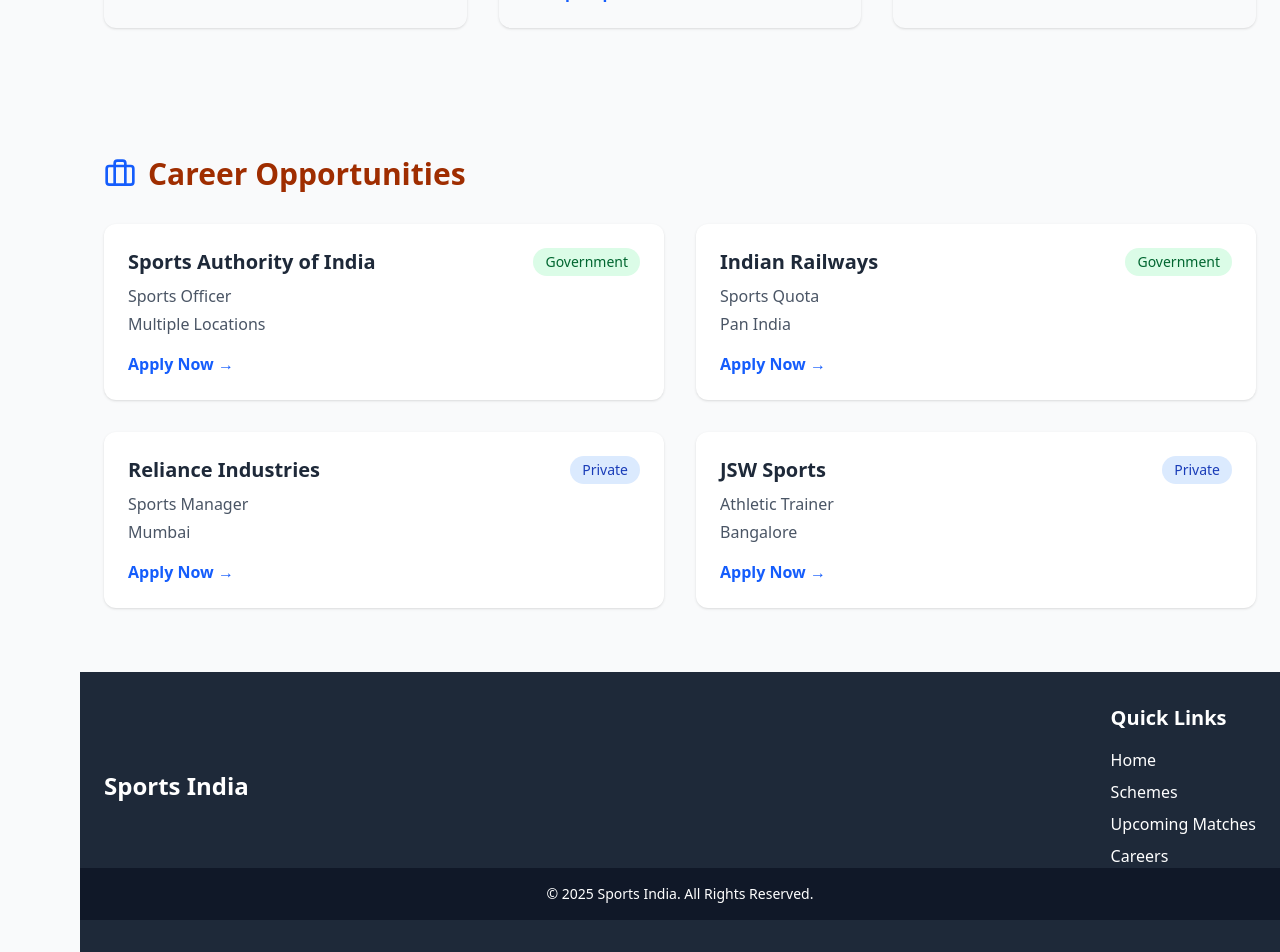
Repository: Shovon0004/Athlete
Page: / (app in Athlete/)
The author's editor kept a copy of each file at every save. The page is drawn from the files as they stood at one save, then again after the next save.
The browser window is 1280 px wide. The pictures show the part of the page from y = 876 to 1828 px (the page is 1828 px tall before and 1696 px after).
The project was rebuilt for these pictures with package versions that can differ from the ones it lists, and the page was loaded fresh each time. Also part of the build but not shown: Athlete/vite.config.js.

Above is the page before, as saved 2025-01-26 11:26:09.

After the next save:
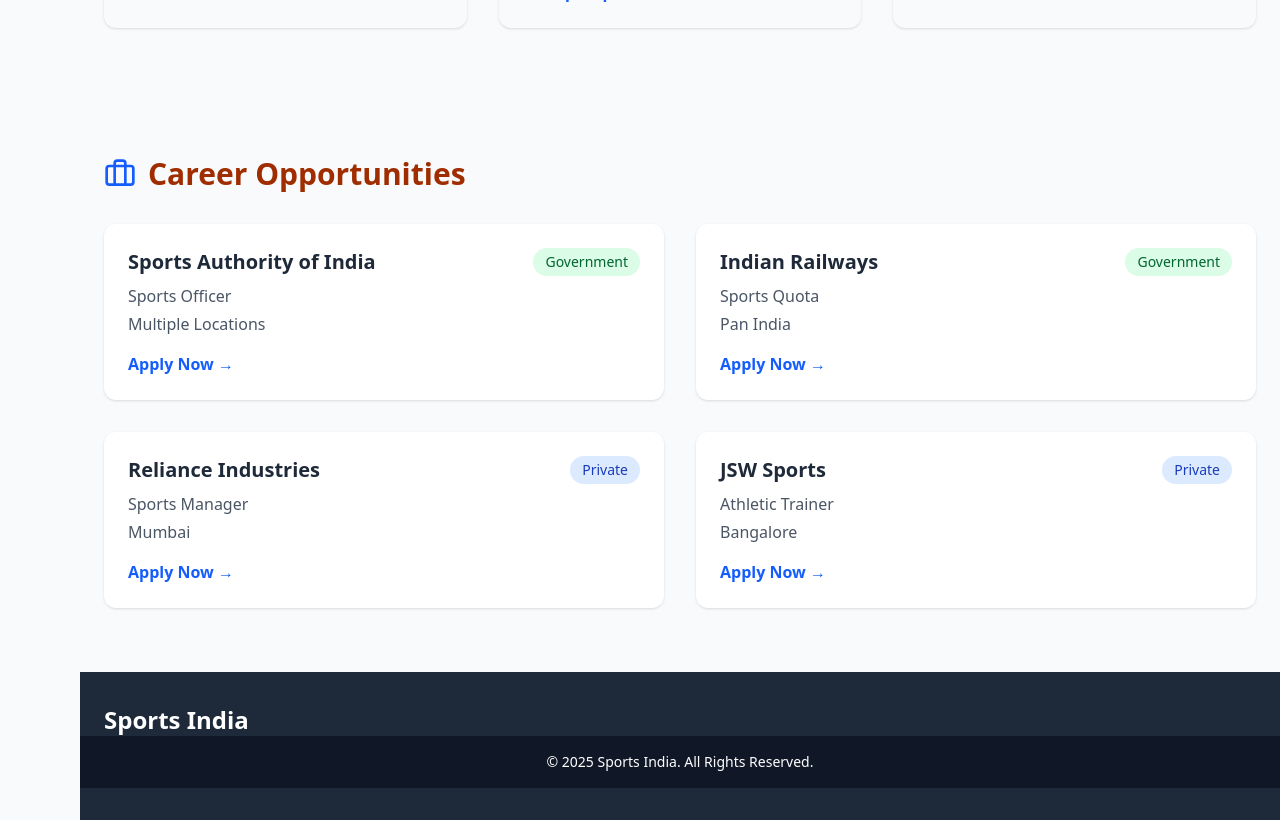
Saved 8 s later.
--- a/Athlete/src/components/HeroPage.jsx
+++ b/Athlete/src/components/HeroPage.jsx
@@ -173,16 +173,6 @@
           <h1 className="text-2xl font-bold">Sports India</h1>
         </div>
 
-        {/* Quick Links */}
-        <div className="mb-6 md:mb-0">
-          <h3 className="text-xl font-semibold mb-4">Quick Links</h3>
-          <ul className="space-y-2">
-            <li><a href="#home" className="hover:text-blue-400">Home</a></li>
-            <li><a href="#schemes" className="hover:text-blue-400">Schemes</a></li>
-            <li><a href="#matches" className="hover:text-blue-400">Upcoming Matches</a></li>
-            <li><a href="#careers" className="hover:text-blue-400">Careers</a></li>
-          </ul>
-        </div>
 
 
 
